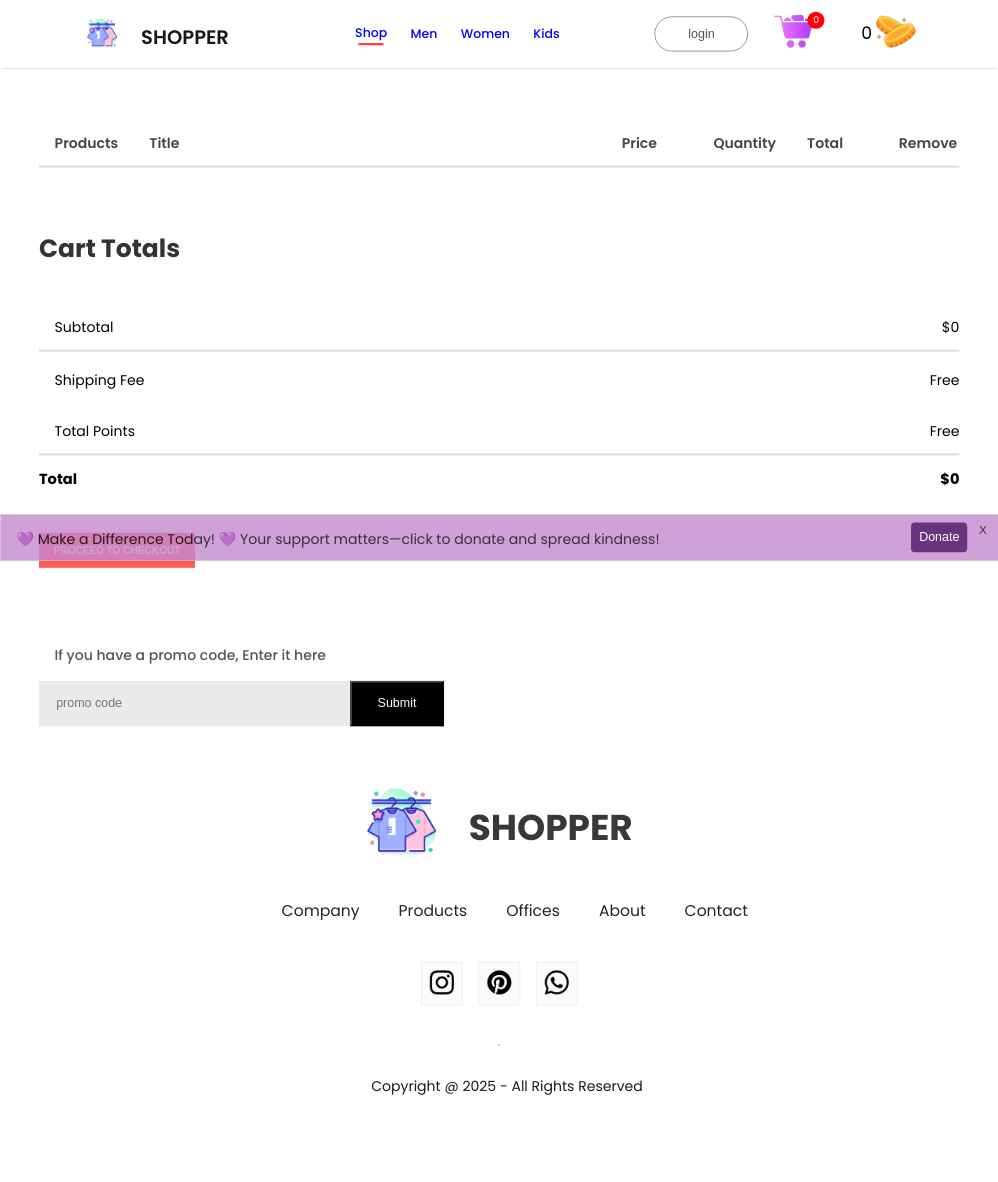
Repository: PayalJakhar/Shoppers-E-commerce-Website
Page: /cart (app in frontend/)
These files come from the project's save history. The page is drawn as it stood at one moment and after the next save; the edit follows.
The browser window is 1280 px wide. The pictures show the whole page, at 78% of full size.
The page's requests for data from a server got no answer. The project was rebuilt for these pictures with package versions that can differ from the ones it lists, and the page was loaded fresh each time. No one was signed in, and anything a server would have sent is missing. Also part of the build but not shown: frontend/src/App.css, frontend/src/Components/Hero/Hero.css, frontend/src/Components/Hero/Hero.jsx, frontend/src/Components/Popular/Popular.css, frontend/src/Components/Item/Item.css, frontend/src/Components/Item/Item.jsx, frontend/src/Components/Popular/Popular.jsx, frontend/src/Components/Offers/Offers.css and 21 more.

Above is the page before, as saved 2025-02-07 23:27:51.

### frontend/src/index.css
*{
  margin:0;
}
body {
  margin: 0;
  font-family: -apple-system, BlinkMacSystemFont, 'Segoe UI', 'Roboto', 'Oxygen',
    'Ubuntu', 'Cantarell', 'Fira Sans', 'Droid Sans', 'Helvetica Neue',
    sans-serif;
  -webkit-font-smoothing: antialiased;
  -moz-osx-font-smoothing: grayscale;
  font-family:'poppins';
}

code {
  font-family: source-code-pro, Menlo, Monaco, Consolas, 'Courier New',
    monospace;
}

### frontend/src/Components/Navbar/Navbar.jsx
import React, { useContext, useState, useRef } from 'react';
import { Link } from 'react-router-dom';
import './Navbar.css';
import logo from '../Assets/Frontend_Assets/logo.png';
import cart_icon from '../Assets/Frontend_Assets/cart_icon.png';
import coin_icon from '../Assets/Frontend_Assets/coin_icon.png';
import { ShopContext } from '../../Context/ShopContext';
import nav_dropdown from '../Assets/Frontend_Assets/nav_dropdown.png'

export default function Navbar() {
    const [menu, setMenu] = useState('shop');
    const {getTotalCartItems} = useContext(ShopContext);
    const menuRef = useRef();

    const dropdown_toggle = (e) =>{
        menuRef.current.classList.toggle('nav-menu-visible');
        e.target.classList.toggle('open');
    }


    return (
        <div className="navbar">
            <div className="nav-logo">
                <img src={logo} alt="" />
                <p> SHOPPER</p>
            </div>
            <img  className='nav-dropdown' onClick={dropdown_toggle} src={nav_dropdown} alt=""/>
            <ul ref={menuRef} className="nav-menu">
                <li onClick={() => { setMenu('shop') }}><Link style={{textDecoration:'none'}} to='/'>Shop</Link>{menu === 'shop' ? <hr /> : <></>}</li>
                <li onClick={() => { setMenu('mens') }}><Link style={{textDecoration:'none'}} to='/mens'>Men</Link>{menu === 'mens' ? <hr /> : <></>}</li>
                <li onClick={() => { setMenu('women') }}><Link style={{textDecoration:'none'}} to='/women'>Women</Link>{menu === 'women' ? <hr /> : <></>}</li>
                <li onClick={() => { setMenu('kids') }}><Link style={{textDecoration:'none'}} to='/kids'>Kids</Link>{menu === 'kids' ? <hr /> : <></>}</li>
            </ul>
            <div className="nav-login-cart">
                {localStorage.getItem('auth-token')?<button onClick={()=>{localStorage.removeItem('auth-token');window.location.replace('/')}}>Logout</button>:<Link style={{textDecoration:'none'}} to='/login'><button>login</button></Link>}
                <Link style={{textDecoration:'none'}} to='/cart'><img src={cart_icon} alt="" /></Link>
                <div className="nav-cart-count">{getTotalCartItems()}</div>
            </div>
            <div className="nav-coin-count">0</div>
            <div className="nav-login-coin">
            <img src={coin_icon} alt="" />
            </div>
        </div>
    )
}

### frontend/src/Pages/Cart.jsx
import React from 'react'
import CartItems from '../Components/CartItems/CartItems'

export default function Cart() {
  return (
    <div>
      <CartItems/>
    </div>
  )
}

### frontend/src/Components/Footer/Footer.jsx
import React from 'react'
import './Footer.css'
import footer_logo from '../Assets/Frontend_Assets/logo_big.png'
import instagram_icon from '../Assets/Frontend_Assets/instagram_icon.png'
import pintester_icon from '../Assets/Frontend_Assets/pintester_icon.png'
import whatsapp_icon from '../Assets/Frontend_Assets/whatsapp_icon.png'
export default function Footer() {
  return (
    <div className='footer'>
        <div className="footer-logo">
            <img src={footer_logo} alt=""/>
            <p>SHOPPER</p>
        </div>
        <ul className="footer-links">
            <li>Company</li>
            <li>Products</li>
            <li>Offices</li>
            <li>About</li>
            <li>Contact</li>
        </ul>
        <div className="footer-social-icon">
            <div className="footer-icons-container">
                <img src={instagram_icon} alt=""/>
            </div>
            <div className="footer-icons-container">
                <img src={pintester_icon} alt=""/>
            </div>
            <div className="footer-icons-container">
                <img src={whatsapp_icon} alt=""/>
            </div>
        </div>
        <div className="footer-copyright">
            <hr/>
            <p>Copyright @ 2025 - All Rights Reserved</p>
        </div>
    </div>
  )
}

### frontend/src/Components/Donate/Donate.jsx
import React, { useState } from 'react';
import { Link } from 'react-router-dom';
import './Donate.css';

const Donate = () => {
  const [value, setValue] = useState('flex');
  const [isOpen, setIsOpen] = useState(false);

  const openModal = () => {
    setIsOpen(true);
    setValue('none');
  };

  const closeModal = () => {
    setIsOpen(false);
    setValue('flex');
  };

  return (
    <>
      <div className='donates' style={{ display: value }}>
        <p>💜 Make a Difference Today! 💜 Your support matters—click to donate and spread kindness!</p>
        <div className='donate-ins'>
          <button className='paras' onClick={openModal}>Donate</button>
          <button className='texts' onClick={() => setValue('none')}>X</button>
        </div>
      </div>
      {isOpen && (
        <div className="modals">
          <div className="modal-contents">
            <span className="closes" onClick={closeModal}>&times;</span>
            <h2>🌼 Donate & Earn Rewards! 🌼</h2>
            <ul>
              <li>✔ Support a Cause: Your donations go directly to trusted NGOs, making a real impact</li>
              <li>✔ Minimum 5 Items: Donate at least 5 clothes to contribute</li>
              <li>✔ Earn Rewards: Get 100 points per donation—stack up to 500 points to unlock exclusive discounts & coupons!</li>
              <li>✔ Quality Matters: Clothes should have no more than 20% damage—let's keep it wearable for those in need!</li>
              💙 Give. Earn. Save. Start donating today!
            </ul>
            <button className="donate-buttons" onClick={()=>{setValue('none');setIsOpen(false)}}>
              <Link style={{ textDecoration: 'none', color:'white'}} to='/donation'>Donate Now</Link>
            </button>
          </div>
        </div>
      )}
    </>
  );
}

export default Donate;

### frontend/src/Components/Navbar/Navbar.css
.navbar{
    display:flex;
    justify-content:space-around;
    padding:16px;
    box-shadow:0 1px 3px -2px black;
    align-items: center;
}

.nav-logo{
    display:flex;
    align-items:center;
    gap:10px;
}

.nav-logo p{
    color: #171717;
    font-size: 38px;
    font-weight:600;
}

.nav-menu{
    display:flex;
    align-items:center;
    list-style:none;
    gap:50px;
    color: #626262;
    font-size:20px;
    font-weight: 500;
}

.nav-menu li{
    display:flex;
    flex-direction:column;
    align-items:center;
    justify-content:center;
    cursor:pointer;
}

.nav-menu hr{
    border:none;
    width:80%;
    height:3px;
    border-radius:10px;
    background: #FF4141;
}

.nav-login-cart{
    display:flex;
    align-items:center;
    gap:45px;
}

.nav-login-cart button{
    width:157px;
    height:58px;
    outline:none;
    border:1px solid #7a7a7a;
    border-radius:75px;
    color:#515151;
    font-size:20px;
    font-weight:500;
    background:white;
    cursor:pointer;
}

.nav-login-cart button:hover{
    background:#f3f3f3;
}

.nav-cart-count{
    width:22px;
    height:22px;
    display:flex;
    justify-content:center;
    align-items:center;
    margin-top:-35px;
    margin-left:-55px;
    border-radius:11px;
    font-size:14px;
    background:red;
    color:white;
}

.nav-dropdown{
    display: none;
}
.nav-coin-count{
    width:22px;
    height:35px;
    margin-left:-75px;
    margin-right:-125px;
    font-size:22px;
}

.nav-login-coin{
    margin-right:-5px;
}
/* here we are making it responsive for max-width: 1280px */

@media(max-width: 1280px){
    .navbar{
        padding: 12px 50px;
    }

    .nav-logo img{
        width: 40px;
    }
    .nav-logo p{
        font-size: 25px;
    }
    .nav-menu{
        gap: 30px;
        font-size: 16px;
    }
    .nav-login-cart{
        gap: 30px;
    }
    .nav-login-cart button{
        width: 120px;
        height: 45px;
        font-size: 16px;
    }
    .nav-cart-count{
        margin-left: -40px;
        font-size: 12px;
    }
}

@media(max-width: 1024px){
    .navbar{
        padding: 12px 30px;
    }

    .nav-menu{
        gap: 25px;
        font-size: 14px;
    }
    .nav-login-cart button{
        width: 80px;
        height: 35px;
        font-size: 14px;
    }
    .nav-cart-count{
        width: 18px;
        height: 18px;
    }
    .nav-login-cart img{
        width: 30px;
    }
}

@media(max-width: 800px){
    .navbar{
        padding: 10px 0px;
    }

    .nav-dropdown{
        display: block;
        width: 30px;
        rotate: -90deg;
        transition: 0.5s;
    }
    .nav-menu{
        display: none;
        height: 80px;
        width: 100%;
        position: absolute;
        background-color: white;
        justify-content: center;
        top: 50px;
    }
    .nav-menu-visible{
        display: flex;
    }
    .nav-dropdown.open{
        transform: rotate(90deg);
    }
}


@media(max-width: 500px){
    .navbar{
        padding: 8px 0px;
        gap: 0;
    }

    .nav-logo{
       transform: scale(0.8);
    }
    .nav-menu{
        height: 70px;
        top: 50px;
        display: none;
    }
    .nav-login-cart{
        transform: scale(0.8);
    }
    .nav-menu-visible{
        display: flex;
    }
    .nav-dropdown.open{
        transform: rotate(90deg);
    }
}

### frontend/src/Components/CartItems/CartItems.jsx
import React, { useContext } from 'react';
import './CartItems.css';
import { ShopContext } from '../../Context/ShopContext';
import remove_icon from '../Assets/Frontend_Assets/cart_cross_icon.png';

const CartItems = () => {
    const { getTotalCartAmount, all_product, cartItems, removeFromCart } = useContext(ShopContext);
    return (
        <div className='cartitems'>
            <div className="cartitems-format-main">
                <p>Products</p>
                <p>Title</p>
                <p>Price</p>
                <p>Quantity</p>
                <p>Total</p>
                <p>Remove</p>
            </div>
            <hr />
            {all_product.map((e) => {
                if (cartItems[e.id] > 0) {
                    return (
                        <div key={e.id}>
                            <div className="cartiitems-format cartitems-format-main">
                                <img src={e.image} alt="" className='carticon-product-icon' />
                                <p>{e.name}</p>
                                <p>${e.new_price}</p>
                                <button className='cartitems-quantity'>{cartItems[e.id]}</button>
                                <p>${e.new_price * cartItems[e.id]}</p>
                                <img
                                    className='cartitems-remove-icon' src={remove_icon} onClick={() => { removeFromCart(e.id) }} alt="" />
                            </div>
                            <hr />
                        </div>
                    );
                }
                return null;
            })}
            <div className="cartitems-down">
                <div className="cartitems-total">
                    <h1>Cart Totals</h1>
                    <div>
                        <div className="cartitems-total-item">
                            <p>Subtotal</p>
                            <p>${getTotalCartAmount()}</p>
                        </div>
                        <hr />
                        <div className="cartitems-total-item">
                            <p>Shipping Fee</p>
                            <p>Free</p>
                        </div>
                        <div className="cartitems-total-item">
                            <p>Total Points</p>
                            <p>Free</p>
                        </div>
                        <hr />
                        <div className="cartitems-total-item">
                            <h3>Total</h3>
                            <h3>${getTotalCartAmount()}</h3>
                        </div>
                    </div>
                    <button>PROCEED TO CHECKOUT</button>
                </div>
                <div className="cartitems-promocode">
                    <p>If you have a promo code, Enter it here</p>
                    <div className="cartitems-promobox">
                        <input type="text" placeholder='promo code' />
                        <button>Submit</button>
                    </div>
                </div>
            </div>
        </div>
    );
}

export default CartItems;

### frontend/src/Components/Footer/Footer.css
.footer{
    display: flex;
    flex-direction: column;
    justify-content: center;
    align-items: center;
    gap: 50px;
    margin-bottom:80px;
}

.footer-logo{
    display: flex;
    align-items: center;
    gap: 20px;
}

.footer-logo p{
    color: #383838;
    font-size: 46px;
    font-weight: 700;

}

.footer-links{
    display: flex;
    list-style: none;
    gap: 50px;
    color: #252525;
    font-size: 20px;
}

.footer-links li{
    cursor: pointer;
}

.footer-social-icon{
    display: flex;
    gap: 20px;
}

.footer-icons-container{
    padding: 10px;
    padding-bottom:6px;
    background: #fbfbfb;
    border: 1px solid #ebebeb;
}

.footer-copyright{
    display: flex;
    flex-direction: column;
    align-items: center;
    gap: 30px;
    width: 100%;
    margin-bottom: 30px;
    color: #1a1a1a;
    font-size: 20px;
}

.footer-copyright r{
    width: 80%;
    border: none;
    border-radius: 10px;
    height: 3px;
    background: #c7c7c7;
}

@media(max-width: 800px){
    .footer{
        gap: 20px;
    }
    .footer-lgo{
        gap: 10px;
        align-items: end;
    }
    .footer-logo img{
        width: 40px;
    }
    .footer-logo p{
        font-size: 25px;
    }
    .footer-links{
        font-size: 14px;
        gap: 10px;
    }
    .footer-social-icon img{
        width: 22px;
    }
    .footer-copyright{
        font-size: 13px;
    }
}

### frontend/src/Components/Donate/Donate.css
.donates {
    position: fixed;
    bottom:1px;
    display:flex;
    justify-content:space-between;
    width: 100%;
    background-color: rgb(197, 137, 208);
    padding: 10px 0px 10px 0px;
    border: 1px solid #ccc;
    z-index: 1000;
    opacity:0.8;
    animation: slideInUp 0.9s ease-out forwards;
}

.donate-ins{
    position:relative;
    margin-right:40px;
    display:flex;
    gap:30px;
}

p{
    padding-top:8px;
    margin-left:20px;
    weight:300;
    font-size:18px;
}

.paras {
    padding: 10px;
    margin-right:1px;
    font-size: 16px;
    border: none;
    background-color: #45015d;
    color: white;
    cursor: pointer;
    border-radius: 5px;
}

.texts{
    background-color:transparent;
    border:none;
    position: absolute;
    top: 0;
    right: -30px;
    font-size:15px;
    font-weight:500;
}

.paras:hover{
background-color: #00060a;
}

.texts:hover{
    color:white;
}

.modals {
    display: flex;
    justify-content: center;
    align-items: center;
    position: fixed;
    z-index: 1;
    left: 0;
    right:0;
    bottom:0;
    top: 0;
    width: 100%;
    height: 100%;
    background-color: rgba(0,0,0,0.5);
}

.modal-contents {
    background-color: #fefefe;
    margin: 15% auto;
    padding: 20px;
    border: 1px solid #888;
    width: 80%;
    border-radius: 10px;
    text-align: center;
    box-shadow: 0 4px 8px rgba(0,0,0,0.2);
}

.closes {
    color: #aaa;
    float: right;
    font-size: 28px;
    font-weight: bold;
}

.closes:hover,
.closes:focus {
    color: black;
    text-decoration: none;
    cursor: pointer;
}

.donate-buttons {
    background-color: #802ea5;
    color: white;
    padding: 10px 20px;
    text-align: center;
    text-decoration: none;
    display: inline-block;
    font-size: 16px;
    margin: 15px 2px 0px 2px;
    cursor: pointer;
    border-radius: 5px;
    transition: background-color 0.3s;
    border:none;
}

.donate-buttons:hover {
    background-color: #170122;

}

.open-modal-buttons {
    background-color: #ffebcd;
    color: #333;
    padding: 10px 15px;
    border: none;
    border-radius: 5px;
    cursor: pointer;
    font-size: 16px;
    margin: 20px;
    transition: background-color 0.3s;
}

.modal-contents ul {
    list-style: none;
    padding: 0;
    margin: 0;
}

.modal-contents li {
    display: flex;
    align-items: center;
    gap: 8px;
    padding: 8px 0;
    font-size: 16px;
}


.open-modal-buttons:hover {
    background-color: #f0e68c;
}


@keyframes slideInUp {
    0% {
      transform: translateY(100%);
      opacity: 0;
    }
    100% {
      transform: translateY(0);
      opacity: 0.8;
    }
  }


  @media(max-width:500px){
    .donate{
        height:50px;
        gap:2px;
    }
    p{
        font-size: 10px;
    }
    .para{
        font-size: 13px;
    }
    .text{
        font-size:12px;
    }
}

### frontend/src/Components/CartItems/CartItems.css
.cartitems{
    margin: 100px 70px;
}
.cartitems hr{
    height: 3px;
    background: #e2e2e2;
    border: 0;
}
.cartitems-format-main{
    display: grid;
    grid-template-columns: 0.5fr 2fr 1fr 1fr 1fr 1fr;
    align-items: center;
    gap: 75px;
    padding: 20px 0px;
    color: #454545;
    font-size: 18px;
    font-weight: 600;

}
.cartiitems-format{
    font-size: 17px;
    font-weight: 500;
}
.carticon-product-icon{
    height: 62px;
}
.cartitems-remove-icon{
    width: 15px;
    margin: 0px 40px;
    cursor: pointer;
}
.cartitems-quantity{
    width: 64px;
    height: 50px;
    border: 2px solid #ebebeb;
    background: #fff;
}
.cartitems-down{
    display: flex;
    margin: 100px 0px;
}
.cartitems-total{
    flex: 1;
    display: flex;
    flex-direction: column;
    margin-right: 200px;
    gap: 40px;

}
.cartitems-total-item{
    display: flex;
    justify-content: space-between;
    padding: 15px 0px;
}
.cartitems-total button{
    width: 262px;
    height: 58px;
    outline: none;
    border: none;
    background: #ff5a5a;
    color:white;
    font-size: 16px;
    font-weight: 600;
    cursor: pointer;
}
.cartitems-promocode{
    flex:1;
    display: flex;
    flex-direction: column;
    font-weight: 500;

}
.cartitems-promocode p{
    color:#555;
    margin-top: 10px;
}
.cartitems-promobox{
    width: 504px;
    margin-top: 20px;
    padding-left: 20px;
    height: 58px;
    background: #eaeaea;
}
.cartitems-promobox input{
    border: none;
    outline: none;
    background: transparent;
    font-size: 16px;
    width: 330px;
    height: 50px;
}
.cartitems-promobox button{
    width: 170px;
    height: 58px;
    font-size: 16px;
    background: black;
    color: white;
    cursor: pointer;
}

@media(max-width:1280px){
    .cartitems{
        margin: 60px 50px;
    }

    .cartitems-format-main{
        grid-template-columns: 0.5fr 3fr 0.5fr 0.5fr 0.5fr 0.5fr;
        gap: 20px;
        padding: 15px 0px;
        font-size: 15px;
    }

    .carticon-product-icon{
        height: 50px;
    }

    .cartitems-remove-icon{
        margin: auto;
    }

    .cartitems-quantity{
        width: 40px;
        height: 30px;
    }

    .cartitems-down{

        margin: 80px 0px;

        flex-direction: column;

        gap: 80px;
    }

        .cartitems-total {

        margin: 0px;

        }

        .cartitems-total button{
        max-width: 200px;
        height: 45px;
        font-size: 13px;
        }
        .cartitems-promobox{
        width: auto;
        max-width: 500px;
        }

        .cartitems-promobox input{
            width: 100%;
        }

        .cartitems-promobox button{
            width: 120px;
            margin-left: -125px;
        }

}

@media (max-width:500px){

    .cartitems-format-main{
    display: none;
    grid-template-columns: 0.5fr 3fr 0.5fr;
        gap : 10px;
    }

    .cartitems-format{
    display: grid;
    }
}

Loaded but not shown: frontend/public/index.html (common file); frontend/src/reportWebVitals.js (common file); frontend/src/App.js (38 lines, source omitted); frontend/src/index.js (20 lines, source omitted); frontend/src/Components/Donation/Donation.css (243 lines, source omitted); frontend/src/Context/ShopContext.jsx (115 lines, source omitted)

After the next save:
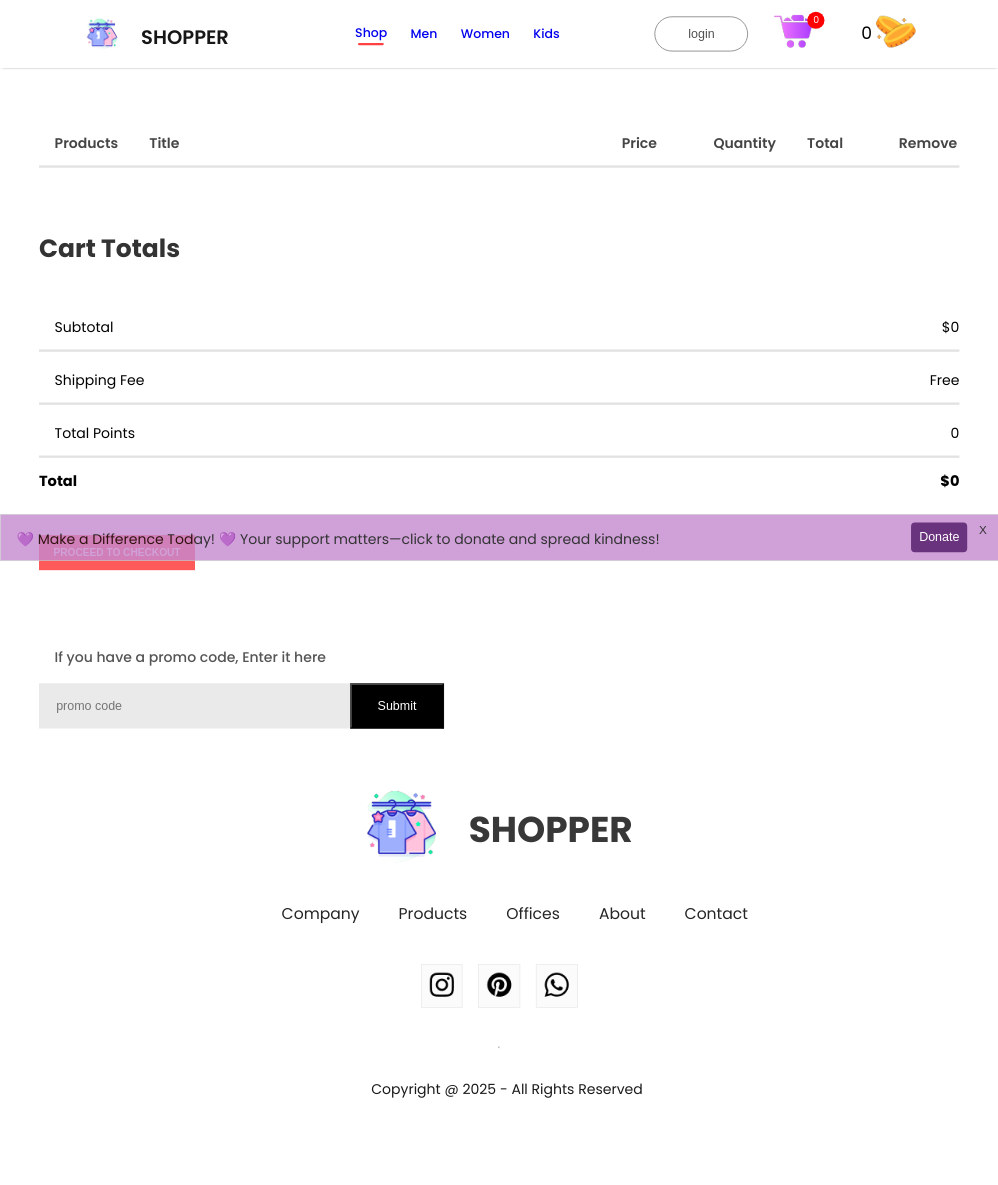
Saved 30 s later.
--- a/frontend/src/Components/CartItems/CartItems.jsx
+++ b/frontend/src/Components/CartItems/CartItems.jsx
@@ -48,9 +48,10 @@ const CartItems = () => {
                             <p>Shipping Fee</p>
                             <p>Free</p>
                         </div>
+                        <hr />
                         <div className="cartitems-total-item">
                             <p>Total Points</p>
-                            <p>Free</p>
+                            <p>0</p>
                         </div>
                         <hr />
                         <div className="cartitems-total-item">
